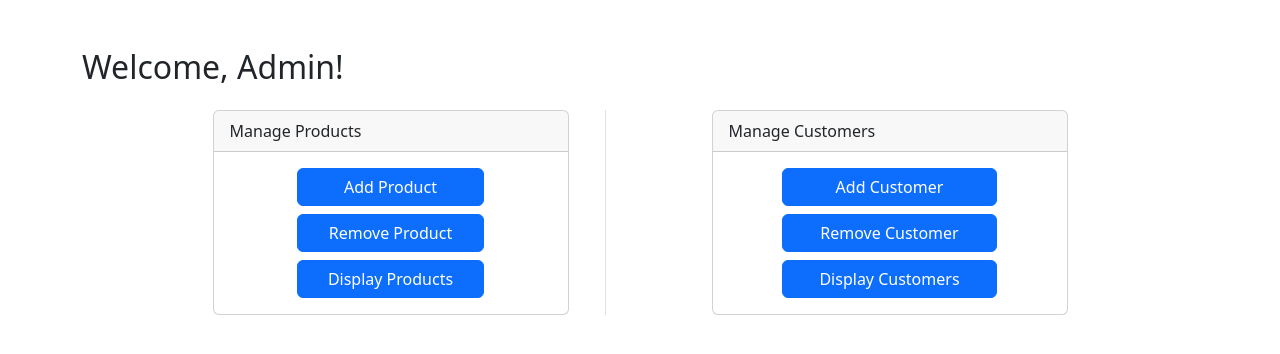
Repository: satvikagrasani/Layered-Architecture
Page: http://localhost/OnlineShoppingSystem/admindashboard.jsp
These files come from the project's save history. The page is drawn as it stood at one moment and after the next save; the edit follows.
The browser window is 1280 px wide. The pictures show the whole page.
The page is served by Tomcat 9.

Above is the page before, as saved 2023-09-04 16:58:22.

After the next save:
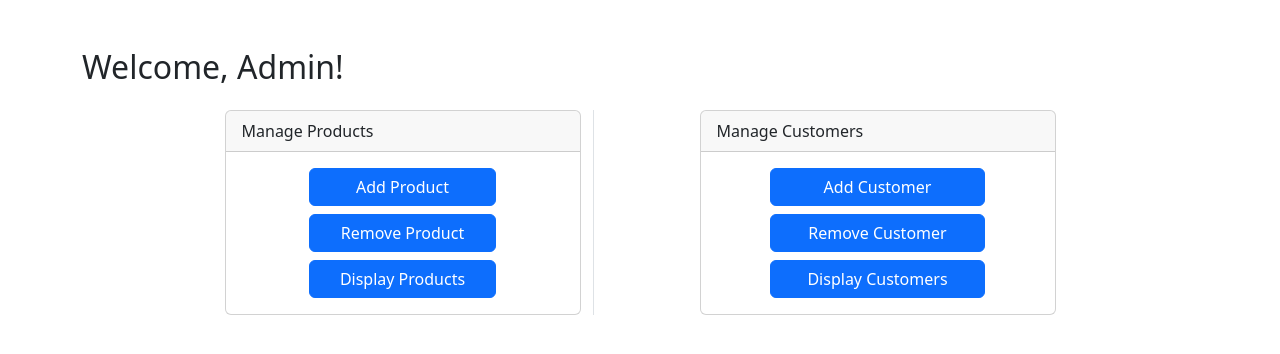
Saved 10 s later.
--- a/Layered Architecture/OnlineShoppingSystem/src/main/webapp/admindashboard.jsp
+++ b/Layered Architecture/OnlineShoppingSystem/src/main/webapp/admindashboard.jsp
@@ -135,7 +135,7 @@
 
 
 
-            <div class="col-md-1 border-start ms-4 "></div>
+            <div class="col-md-1 border-start ms-7 "></div>
 
 
             <div class="col-md-4 ">

After the save that followed:
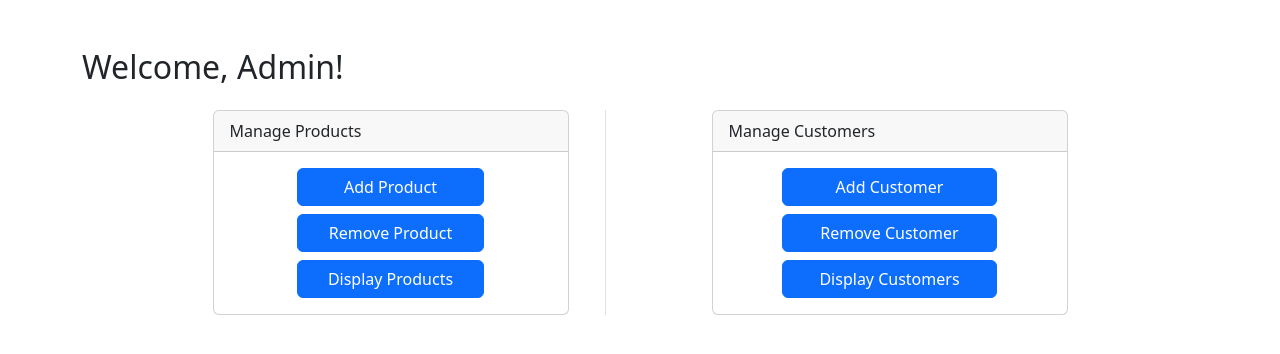
Saved 13 s later.
--- a/Layered Architecture/OnlineShoppingSystem/src/main/webapp/admindashboard.jsp
+++ b/Layered Architecture/OnlineShoppingSystem/src/main/webapp/admindashboard.jsp
@@ -135,7 +135,7 @@
 
 
 
-            <div class="col-md-1 border-start ms-7 "></div>
+            <div class="col-md-1 border-start ms-4 "></div>
 
 
             <div class="col-md-4 ">
